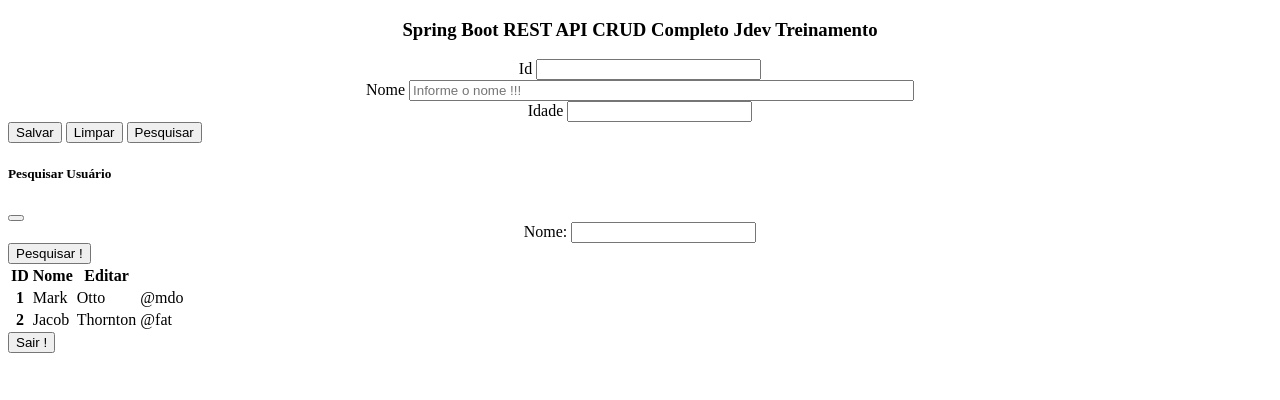
Repository: isaquelimaof/REST-API-SpringBoot
Page: springboot-rest-api-sample/src/main/resources/static/index.html
An editor plug-in stored every save of this project. The page is shown before and after the next save, followed by the edit.
The browser window is 1280 px wide. The pictures show the whole page.

Above is the page before, as saved 2022-05-10 17:50:10.

After the next save:
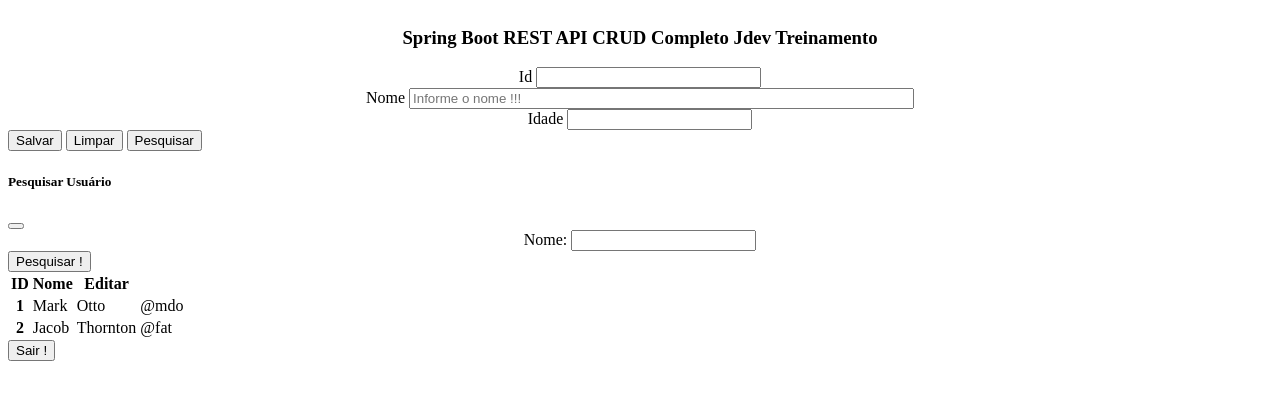
Saved 7 s later.
--- a/springboot-rest-api-sample/src/main/resources/static/css.css
+++ b/springboot-rest-api-sample/src/main/resources/static/css.css
@@ -18,6 +18,6 @@ h3 {
 	align-content: center;
 }
 
-.* {
+* {
 	align-content: center;
 }
